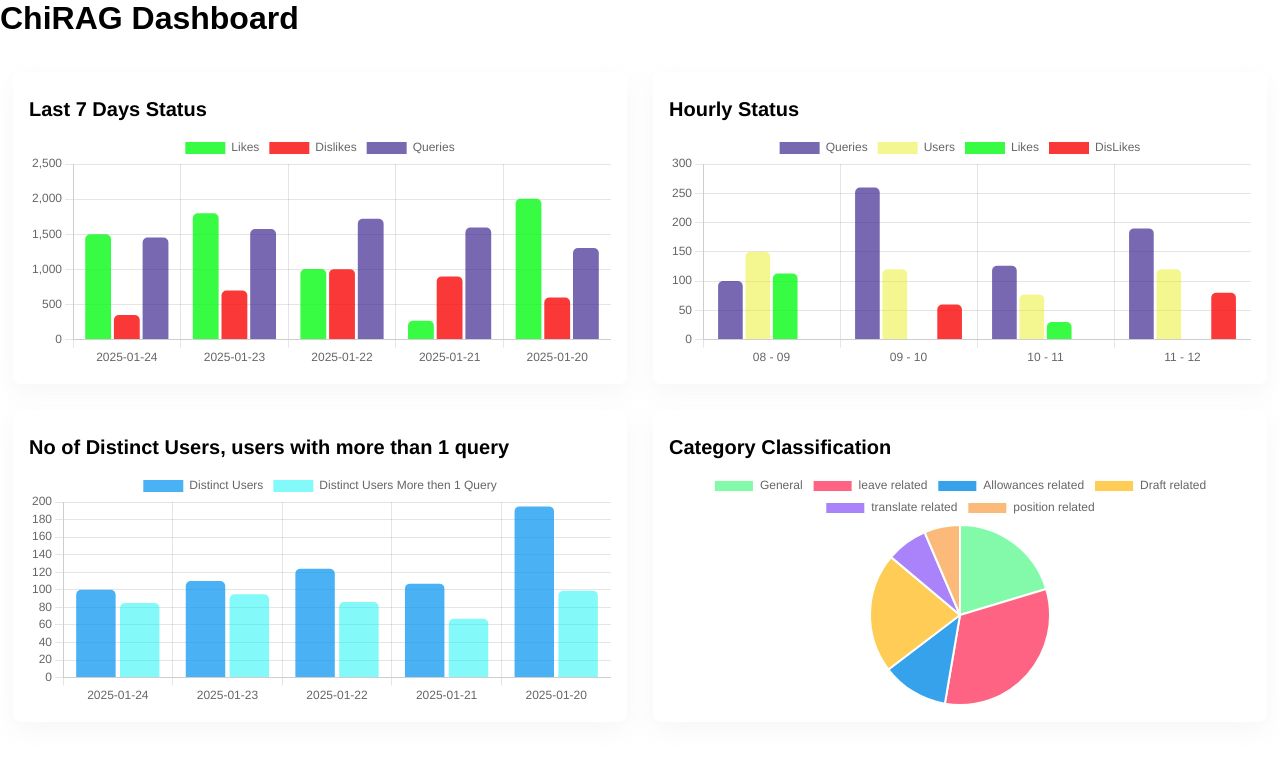
Repository: NAGARAJ-DEVELOPER/Dashboard
Page: /
These files come from the project's save history. The page is drawn as it stood at one moment and after the next save; the edit follows.
The browser window is 1280 px wide. The pictures show the whole page.
The project was rebuilt for these pictures with package versions that can differ from the ones it lists, and the page was loaded fresh each time. Also part of the build but not shown: vite.config.js.

Above is the page before, as saved 2025-02-16 15:55:00.

After the next save:
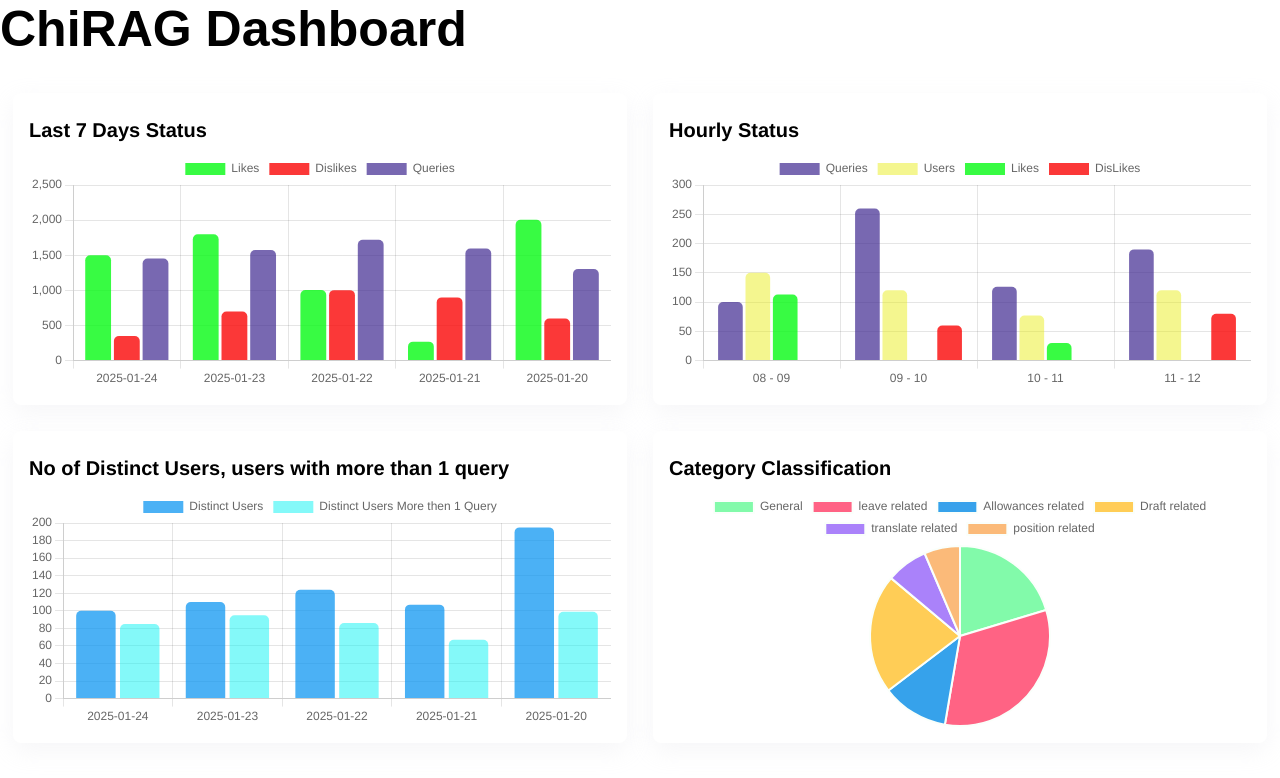
Saved 17 s later.
--- a/src/App.css
+++ b/src/App.css
@@ -12,6 +12,7 @@
   overflow: auto;
 }
 .HeaderStyle{
+  font-size: 50px;
   justify-content: center;
   align-content: center;
 }
